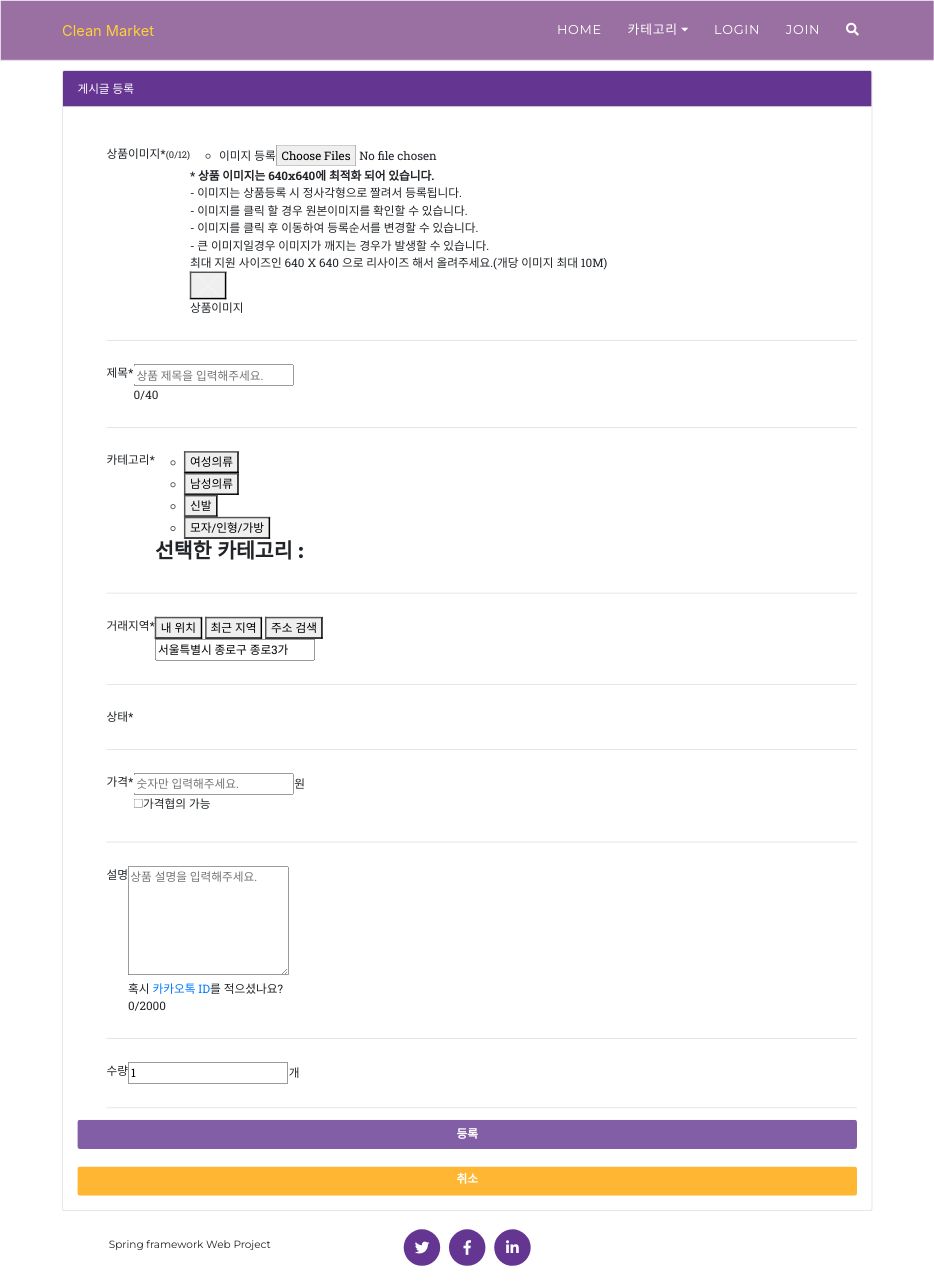
Repository: mim-mim-ji/Cleanmarket_web
Page: http://localhost/CleanMarket/WEB-INF/views/item/write.jsp
An editor plug-in stored every save of this project. The page is shown before and after the next save, followed by the edit.
The browser window is 1280 px wide. The pictures show the whole page, at 73% of full size.
Some web fonts or font styles are not loaded; a fallback is used. The page is served by Tomcat 9. Nobody is signed in. Other server files are loaded and not shown. The template is opened directly, without the code that normally fills it, so the values that code supplies are empty.

Above is the page before, as saved 2021-03-21 01:51:10.

### CleanMarket/src/main/webapp/WEB-INF/views/item/write.jsp
<%@ page language="java" contentType="text/html; charset=UTF-8"
	pageEncoding="UTF-8"%>
<%@ taglib prefix="c" uri="http://java.sun.com/jsp/jstl/core"%>
<%@ taglib prefix="fmt" uri="http://java.sun.com/jsp/jstl/fmt"%>
<jsp:include page="../include/header.jsp" />

<style>
header.masthead {
	display: none;
}

.bphXry {
	width: 100%;
	display: flex;
	padding: 2rem 0px;
	border-bottom: 1px solid rgb(220, 219, 228);
}
</style>
<br>
<br>

<div class="container">
	<div class="row">
		<div class="col-lg-12">
			<div class="card">
				<div class="card-header text-white"
					style="background-color: #643691;">게시글 등록</div>
				<div class="card-body">

					<form role="form" method="post">
						<ul class="form-group">
							<li class="sc-gxbSSY bphXry">
								<div class="">
									상품이미지<span>*</span><small>(0/12)</small>
								</div>
								<div class="sc-hhaNoI buTCOV">
									<ul class="sc-gKLXLV KuQhq">
										<li class="sc-bvCTgw erFeQZ">이미지 등록<input type="file"
											accept="image/jpg, image/jpeg, image/png" multiple=""></li>

									</ul>
									<div class="sc-fjdPjP iozzGC">
										<b>* 상품 이미지는 640x640에 최적화 되어 있습니다.</b><br>- 이미지는 상품등록 시
										정사각형으로 짤려서 등록됩니다.<br>- 이미지를 클릭 할 경우 원본이미지를 확인할 수 있습니다.<br>-
										이미지를 클릭 후 이동하여 등록순서를 변경할 수 있습니다.<br>- 큰 이미지일경우 이미지가 깨지는
										경우가 발생할 수 있습니다.<br>최대 지원 사이즈인 640 X 640 으로 리사이즈 해서
										올려주세요.(개당 이미지 최대 10M)
									</div>
									<div class="sc-cIShpX RfNBn">
										<div class="sc-kAKrxA YsblG">
											<button type="button" class="sc-lhLRcH fHQqnG">
												<img
													src="data:[embedded picture, 982 characters]"
													width="34" height="32" alt="닫기 버튼 아이콘">
											</button>
											<div class="sc-jMtzgO hudRNW">
												<div class="sc-ccvjgv bGmXLy">상품이미지</div>
												<div class="sc-ccbnFN fgfXKY"></div>
												<div class="sc-hSmEHG iwDjAi"></div>
											</div>
										</div>
									</div>
								</div>
							</li>
							<li class="sc-gxbSSY bphXry"><div class="sc-bXopBW gxnpCB">
									제목<span>*</span>
								</div>
								<div class="sc-hhaNoI buTCOV">
									<div class="sc-hokXgN hcrSpf">
										<div class="sc-gneEKw dBgbVT">
											<input type="text" placeholder="상품 제목을 입력해주세요."
												class="sc-fxmata iPXQwc" value="">
										</div>
										<div class="sc-boCWhm hBajsm">0/40</div>
									</div>
								</div></li>
							<li class="sc-gxbSSY bphXry"><div class="sc-bXopBW DTAYM">
									카테고리<span>*</span>
								</div>
								<div class="sc-hhaNoI buTCOV">
									<div class="sc-hXhGGG XXBMH">
										<div class="sc-hTQSVH fXYJYf">
											<ul class="sc-dWcDbm hRPYLZ">
												<li class="sc-esExBO bmEHfy"><button type="button"
														class="sc-ctwKVn dPmldx">여성의류</button></li>
												<li class="sc-esExBO bmEHfy"><button type="button"
														class="sc-ctwKVn dPmldx">남성의류</button></li>
												<li class="sc-esExBO bmEHfy"><button type="button"
														class="sc-ctwKVn dPmldx">신발</button></li>
												<li class="sc-esExBO bmEHfy"><button type="button"
														class="sc-ctwKVn dPmldx">모자/인형/가방</button></li>
											</ul>
										</div>
									</div>
									<h3 class="sc-csZoYU ljyWET">
										선택한 카테고리 : <b></b>
									</h3>
								</div></li>
							<li class="sc-gxbSSY bphXry"><div class="sc-bXopBW gxnpCB">
									거래지역<span>*</span>
								</div>
								<div class="sc-hhaNoI buTCOV">
									<div class="sc-cIsjWt etcNyM">
										<button type="button" class="sc-hQfrgq hHQBYf">내 위치</button>
										<button type="button" class="sc-hQfrgq hHQBYf">최근 지역</button>
										<button type="button" class="sc-hQfrgq hHQBYf">주소 검색</button>
									</div>
									<input readonly="" placeholder="선호 거래 지역을 검색해주세요."
										class="sc-OnmeF jNsyep" value="서울특별시 종로구 종로3가">
								</div></li>
							<li class="sc-gxbSSY bphXry"><div class="sc-bXopBW drMtcr">
									상태<span>*</span>
								</div>
							<li class="sc-gxbSSY bphXry"><div class="sc-bXopBW gxnpCB">
									가격<span>*</span>
								</div>
								<div class="sc-hhaNoI buTCOV">
									<div class="sc-fxMfqs hGKuJO">
										<input type="text" placeholder="숫자만 입력해주세요."
											class="sc-rzOft lfkNaQ" value="">원
									</div>
									<div class="sc-eIvgmF fxEngV">
										<div class="sc-jklikK htQzEY">
											<label for="contactHope" class="sc-bkypNX gHNpNK"><input
												id="contactHope" type="checkbox">가격협의 가능</label>
										</div>
									</div>
								</div></li>
							<li class="sc-gxbSSY bphXry"><div class="sc-bXopBW edUXQu">설명</div>
								<div class="sc-hhaNoI buTCOV">
									<textarea placeholder="상품 설명을 입력해주세요." rows="6"
										class="sc-izfUZz eEjZnV"></textarea>
									<div class="sc-eqGige gTqRab">
										<span>혹시 <a target="_blank"
											href="/customer/notice?id=607">카카오톡 ID</a>를 적으셨나요?
										</span>
										<div class="sc-kUQWMX giYAKW">0/2000</div>
									</div>
								</div></li>

							<li class="sc-gxbSSY bphXry"><div class="sc-bXopBW drMtcr">수량</div>
								<div class="sc-hhaNoI buTCOV">
									<div class="sc-bCQtTp iMJgK">
										<input type="text" class="sc-dcmekm efHtaL" value="1">개
									</div>
								</div></li>
						</ul>
						<input type="submit" value="등록" class="btn form-control"
							style="background-color: #643691; margin-top: 0; height: 40px; color: white; border: 0px solid #f78f24; opacity: 0.8">
						&nbsp;&nbsp; <a class="btn form-control"
							href="<c:url value='/board/list'/>"
							style="cursor: pointer; margin-top: 0; height: 40px; color: white; background-color: orange; border: 0px solid #388E3C; opacity: 0.8">취소</a>
					</form>
				</div>
			</div>
		</div>
	</div>
</div>
<jsp:include page="../include/footer.jsp" />

### CleanMarket/src/main/webapp/WEB-INF/views/include/header.jsp
<%@ page language="java" contentType="text/html; charset=UTF-8"
	pageEncoding="UTF-8"%>
<%@ taglib prefix="c" uri="http://java.sun.com/jsp/jstl/core"%>
<!DOCTYPE html>
<html lang="ko">
<head>

<meta charset="UTF-8">
<meta content="width=device-width, initial-scale=1.0" name="viewport">
<meta content="" name="description">
<meta content="" name="keywords">

<title>CleanMarket</title>


<!-- Bootstrap core CSS -->
  <link rel="stylesheet" href="<c:url value='/vendor/bootstrap/css/bootstrap.min.css'/>">

  <!-- Custom fonts for this template -->
  <link rel="stylesheet" type="text/css" href="<c:url value='/vendor/fontawesome-free/css/all.min.css'/>" >
  <link href="https://fonts.googleapis.com/css?family=Montserrat:400,700" rel="stylesheet" type="text/css">
  <link href='https://fonts.googleapis.com/css?family=Kaushan+Script' rel='stylesheet' type='text/css'>
  <link href='https://fonts.googleapis.com/css?family=Droid+Serif:400,700,400italic,700italic' rel='stylesheet' type='text/css'>
  <link href='https://fonts.googleapis.com/css?family=Roboto+Slab:400,100,300,700' rel='stylesheet' type='text/css'>

  <!-- Custom styles for this template -->
  <link rel="stylesheet" href="<c:url value='/css/agency.min.css'/>" >

  <!-- Bootstrap core JavaScript -->
  <script src="<c:url value='/vendor/jquery/jquery.min.js'/>"></script>
  <script src="<c:url value='/vendor/bootstrap/js/bootstrap.bundle.min.js'/>"></script>


  <!-- Plugin JavaScript -->
  <script src="<c:url value='/vendor/jquery-easing/jquery.easing.min.js'/>"></script>
  <script type="text/javascript" src="https://cdn.jsdelivr.net/jquery.validation/1.16.0/jquery.validate.min.js"></script>

  <!-- Contact form JavaScript -->
  <script src="<c:url value='/js/jqBootstrapValidation.js'/>"></script>

</head>

<body id="page-top">


	<!-- Navigation -->
  <nav class="navbar navbar-expand-lg navbar-light fixed-top" id="mainNav">
    <div class="container">
      <a class="navbar-brand" href="/cleanmarket">
      	Clean Market
      </a>
      <button class="navbar-toggler navbar-toggler-right" type="button" data-toggle="collapse" data-target="#navbarResponsive">
        메뉴
        <i class="fas fa-bars"></i>
      </button>

      <div class="collapse navbar-collapse" id="navbarResponsive">
        <ul class="navbar-nav text-uppercase ml-auto">
          <li class="nav-item">
            <a class="nav-link js-scroll-trigger" href="/cleanmarket">HOME</a>
          </li>

          <li class="nav-item dropdown">
            <a class="nav-link js-scroll-trigger dropdown-toggle"  data-toggle="dropdown">카테고리</a>
            <div class="dropdown-menu" id="category-select">
		        <input type="button"  name="category" value="여성의류" class="dropdown-item dropdown-toggle" data-toggle="dropdown">

		        <input type="button"  name="category" value="남성의류" class="dropdown-item dropdown-toggle" data-toggle="dropdown">

		        <input type="button"  name="category" value="신발" class="dropdown-item dropdown-toggle" data-toggle="dropdown">

		        <input type="button"  name="category" value="모자/인형/가방" class="dropdown-item dropdown-toggle" data-toggle="dropdown">

		    </div>
          </li>
          <c:if test="${login == null}" >
          	<li class="nav-item">
            	<a class="nav-link js-scroll-trigger" href="<c:url value='/login' />">LOGIN</a>
         	</li>
          </c:if>
          <c:if test="${login == null}" >
          	<li class="nav-item">
            	<a class="nav-link js-scroll-trigger" href="<c:url value='/join_type_select' />">JOIN</a>
          	</li>
          </c:if>
          <c:if test="${login != null}" >
	          <li class="nav-item">
	            <a class="nav-link js-scroll-trigger" href="<c:url value='/mypage'/>">MYPAGE</a>
	          </li>
	          <li class="nav-item">
	            <a class="nav-link js-scroll-trigger" href="/cleanmarket/logout" onclick="return confirm('로그아웃 하시겠습니까?')">LOGOUT</a>
	          </li>
	          <li class="nav-item">
	            <a class="nav-link js-scroll-trigger" href="#">NOTICE</a>
	          </li>
	          <li class="nav-item">
          </c:if>
          <li class="nav-item">
            <a class="nav-link js-scroll-trigger" data-toggle="modal" data-target="#search"><i class="fas fa-search"></i></a>
          </li>

        </ul>
      </div>
    </div>
  </nav><br><br>

  <script>
  		$(function() {

  			//카테고리 버튼 눌렀을 때 처리
  			$("#category-select .dropdown-toggle").click(function() {
  				let category = $(this).val();
  				location.href="/cleanmarket/item/category?category=" + category;
  			});
		})

  </script>

  <%@ include file="../include/search_modal.jsp" %>

### CleanMarket/src/main/webapp/WEB-INF/views/include/search_modal.jsp
<%@ page language="java" contentType="text/html; charset=UTF-8"
	pageEncoding="UTF-8"%>
<%@ taglib prefix="c" uri="http://java.sun.com/jsp/jstl/core"%>
<%@ taglib prefix="fmt" uri="http://java.sun.com/jsp/jstl/fmt"%>

<!-- 검색 Modal-->
<div class="modal fade" id="search">
	<div class="modal-dialog">
		<div class="modal-content" >
			<form action="<c:url value='/search' />">
				<input type="text" name="keyword" placeholder="검색어를 입력하세요"
				style="width: 90%; padding-left: 10px; height: 50px"> &nbsp;
				<button type="submit" style="background: transparent; border: none">
					<i class="fas fa-search" id="search-btn" style="height: 30px; color: green; "></i>
				</button>
			</form>
		</div>
	</div>
</div>

### CleanMarket/src/main/webapp/WEB-INF/views/include/footer.jsp
<%@ page language="java" contentType="text/html; charset=UTF-8"
	pageEncoding="UTF-8"%>
<!-- Footer -->
  <footer>
    <div class="container">
      <div class="row">
        <div class="col-md-4">
          <span class="copyright">Spring framework Web Project</span>
        </div>
        <div class="col-md-4">
          <ul class="list-inline social-buttons">
            <li class="list-inline-item">
              <a href="#" style="background-color: #643691;">
                <i class="fab fa-twitter"></i>
              </a>
            </li>
            <li class="list-inline-item">
              <a href="#" style="background-color: #643691;">
                <i class="fab fa-facebook-f"></i>
              </a>
            </li>
            <li class="list-inline-item">
              <a href="#" style="background-color: #643691;">
                <i class="fab fa-linkedin-in"></i>
              </a>
            </li>
          </ul>
        </div>
      </div>
    </div>
  </footer>

<a href="#" class="back-to-top"><i class="icofont-simple-up"></i></a>

</body>
</html>

Loaded but not shown: CleanMarket/src/main/webapp/resources/css/agency.min.css (library); CleanMarket/src/main/webapp/resources/js/jqBootstrapValidation.js (937 lines, source omitted)

After the next save:
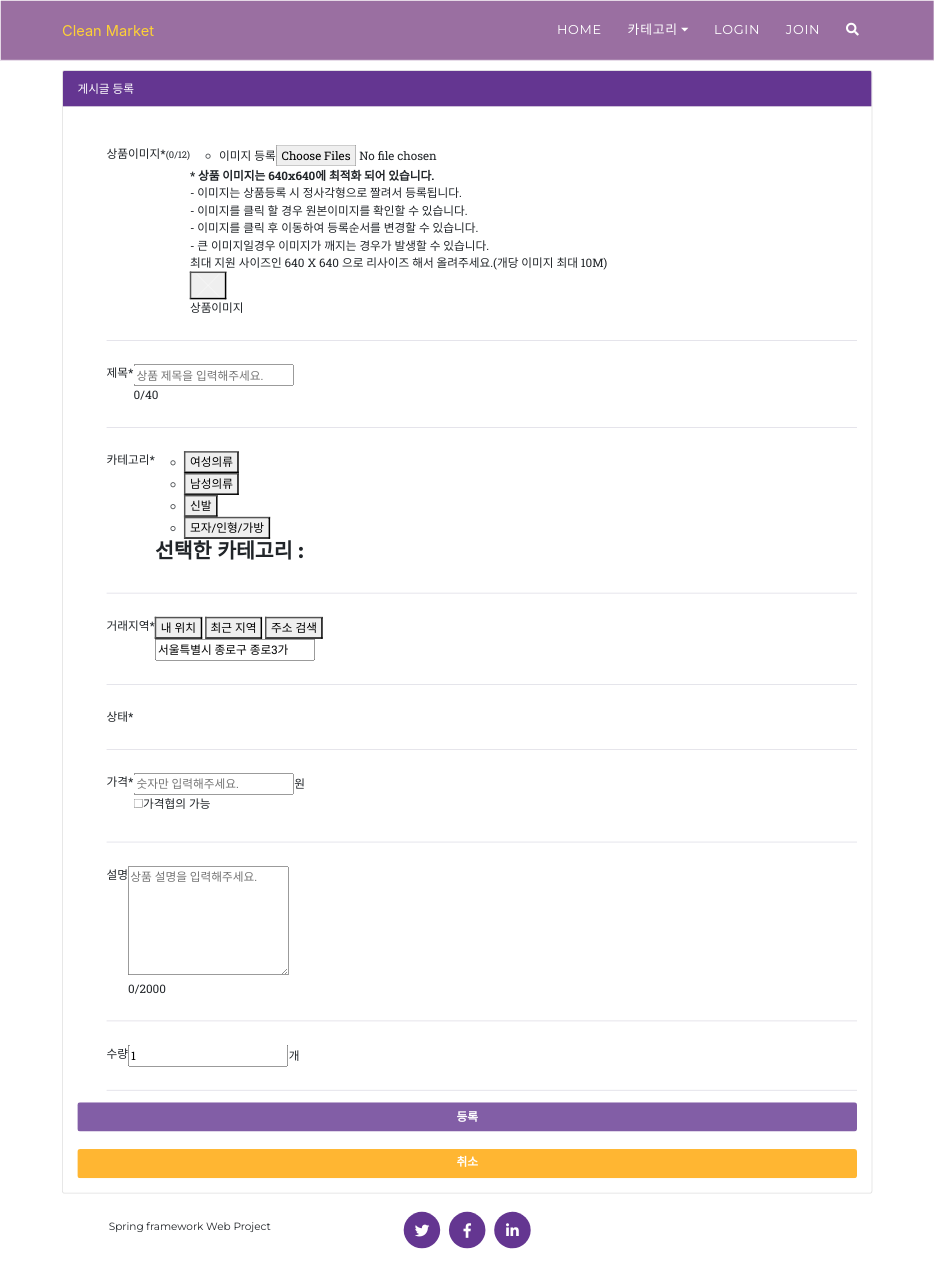
Saved 30 s later.
--- a/CleanMarket/src/main/webapp/WEB-INF/views/item/write.jsp
+++ b/CleanMarket/src/main/webapp/WEB-INF/views/item/write.jsp
@@ -131,9 +131,6 @@ header.masthead {
 									<textarea placeholder="상품 설명을 입력해주세요." rows="6"
 										class="sc-izfUZz eEjZnV"></textarea>
 									<div class="sc-eqGige gTqRab">
-										<span>혹시 <a target="_blank"
-											href="/customer/notice?id=607">카카오톡 ID</a>를 적으셨나요?
-										</span>
 										<div class="sc-kUQWMX giYAKW">0/2000</div>
 									</div>
 								</div></li>
